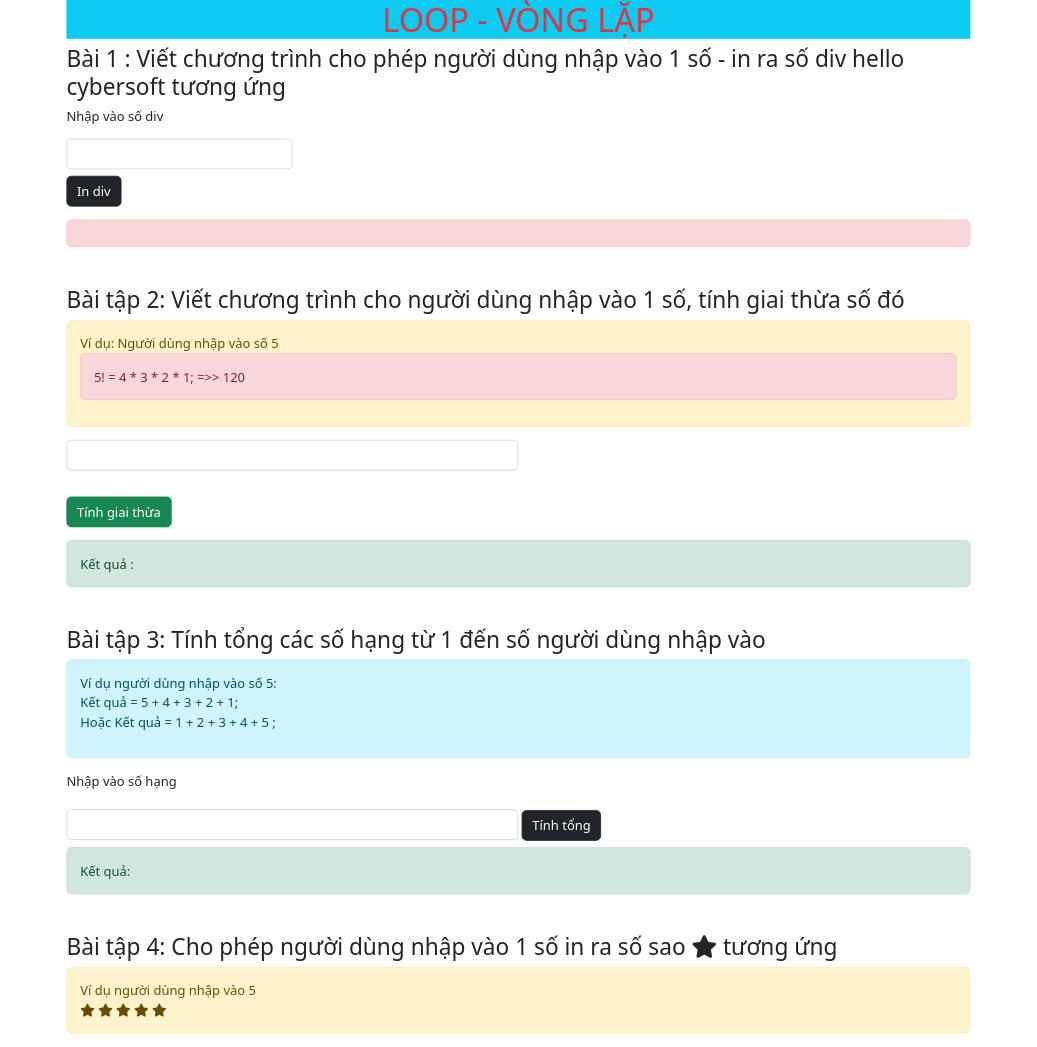
Repository: hcozyph/cyberSoft_JS_fulldocs
Page: JS_6_LOOP/index.html
The author's editor kept a copy of each file at every save. The page is drawn from the files as they stood at one save, then again after the next save.
The browser window is 1280 px wide. The pictures show the whole page, at 81% of full size.

Above is the page before, as saved 2023-02-08 21:11:29.

### JS_6_LOOP/index.html
<!DOCTYPE html>
<html lang="en">
    <head>
        <title>JS_6_LOOP</title>
        <!-- Required meta tags -->
        <meta charset="utf-8" />
        <meta
            name="viewport"
            content="width=device-width, initial-scale=1, shrink-to-fit=no"
        />

        <!-- Bootstrap CSS v5.2.1 -->
        <link
            href="https://cdn.jsdelivr.net/npm/bootstrap@5.2.1/dist/css/bootstrap.min.css"
            rel="stylesheet"
            integrity="sha384-iYQeCzEYFbKjA/T2uDLTpkwGzCiq6soy8tYaI1GyVh/UjpbCx/TYkiZhlZB6+fzT"
            crossorigin="anonymous"
        />

        <!-- FontAwesome 6.2.0 CSS -->
        <link
            rel="stylesheet"
            href="https://cdnjs.cloudflare.com/ajax/libs/font-awesome/6.2.0/css/all.min.css"
            integrity="sha512-xh6O/CkQoPOWDdYTDqeRdPCVd1SpvCA9XXcUnZS2FmJNp1coAFzvtCN9BmamE+4aHK8yyUHUSCcJHgXloTyT2A=="
            crossorigin="anonymous"
            referrerpolicy="no-referrer"
        />
    </head>

    <body style="margin: 0 auto; padding: 0">
        <div class="container">
            <h1 class="text-danger text-center bg-info" style="margin: 0 auto">
                LOOP - VÒNG LẶP
            </h1>

            <!-- BT1: Bài tập in ra số div tương ứng -->
            <h3 class="my-2">
                Bài 1 : Viết chương trình cho phép người dùng nhập vào 1 số - in
                ra số div hello cybersoft tương ứng
            </h3>

            <div class="form-group">
                <p>Nhập vào số div</p>
                <input
                    type="text"
                    name=""
                    class="form-control w-25"
                    id="so-div"
                />

                <button class="btn btn-dark my-2" id="btn-in-div">
                    In div
                </button>
            </div>

            <div class="alert alert-danger mt-2 mb-5" id="ket-qua-bai-1"></div>

            <!-- BT2: Tính giai thừa -->
            <h3>
                Bài tập 2: Viết chương trình cho người dùng nhập vào 1 số, tính
                giai thừa số đó
            </h3>

            <div class="alert alert-warning">
                Ví dụ: Người dùng nhập vào số 5
                <p class="alert alert-danger">5! = 4 * 3 * 2 * 1; =>> 120</p>
            </div>

            <div class="form-group">
                <input
                    type="text"
                    id="so-giai-thua"
                    class="form-control w-50"
                />
                <br />
                <button class="my-2 btn btn-success" id="btn-tinh-giai-thua">
                    Tính giai thừa
                </button>
            </div>

            <p class="alert alert-success my-2">
                Kết quả : <span id="ket-qua-bai-2"></span>
            </p>

            <!-- BT3: Tính tổng các số hạng -->
            <h3 class="mt-5">
                Bài tập 3: Tính tổng các số hạng từ 1 đến số người dùng nhập vào
            </h3>

            <div class="alert alert-info">
                Ví dụ người dùng nhập vào số 5:
                <p>
                    Kết quả = 5 + 4 + 3 + 2 + 1;
                    <br />
                    Hoặc Kết quả = 1 + 2 + 3 + 4 + 5 ;
                </p>
            </div>

            <div class="form-group">
                <p>Nhập vào số hạng</p>
                <input
                    type="text"
                    class="form-control w-50 d-inline-block"
                    id="soHang"
                />
                <button class="my-2 btn btn-dark" id="btnTinhTong">
                    Tính tổng
                </button>
            </div>

            <div class="alert alert-success">
                Kết quả: <span id="ket-qua-bai-3"></span>
            </div>

            <!-- BT 4: IN RA SỐ SAO -->
            <h3 class="mt-5">
                Bài tập 4: Cho phép người dùng nhập vào 1 số in ra số sao
                <i class="fa fa-star"></i> tương ứng
            </h3>

            <div class="alert alert-warning">
                Ví dụ người dùng nhập vào 5
                <br />
                <i class="fa fa-star"></i>
                <i class="fa fa-star"></i>
                <i class="fa fa-star"></i>
                <i class="fa fa-star"></i>
                <i class="fa fa-star"></i>
            </div>
        </div>

        <!-- Bootstrap JavaScript Libraries -->
        <script
            src="https://cdn.jsdelivr.net/npm/@popperjs/core@2.11.6/dist/umd/popper.min.js"
            integrity="sha384-oBqDVmMz9ATKxIep9tiCxS/Z9fNfEXiDAYTujMAeBAsjFuCZSmKbSSUnQlmh/jp3"
            crossorigin="anonymous"
        ></script>

        <script
            src="https://cdn.jsdelivr.net/npm/bootstrap@5.2.1/dist/js/bootstrap.min.js"
            integrity="sha384-7VPbUDkoPSGFnVtYi0QogXtr74QeVeeIs99Qfg5YCF+TidwNdjvaKZX19NZ/e6oz"
            crossorigin="anonymous"
        ></script>

        <script src="./JS_6/index.js"></script>
    </body>
</html>

### JS_6_LOOP/JS_6/index.js
console.log('lần1');
console.log('lần2');
console.log('lần3');
console.log('lần4');

/*
    Cấu trúc vòng lặp: Dùng để thực hiện 1 hành động được lặp đi lặp lại nhiều lần.

    //CÁC BƯỚC CẤU THÀNH VÒNG LẶP
    B1: Xác định điều kiện thay đổi trong biểu thức lặp (có 1 biến nào đó gọi là biến điều kiện)

    B2: Dựa vào biến thay đổi để thực hiện điều kiện lặp

    B3: Cài đặt xử lý trong mỗi lần lặp

    B4: Thay đổi giá trị của biến điều kiện để đến 1 lúc nào đó nó sẽ dừng

*/

////

//Bước 1: Xác định điều kiện lặp
var soLan = 0;

//Bước 2: Điều kiện lặp
while (soLan <= 5) {
    //Bước 3: xử lý
    console.log('hello CyberSoft ! lần' + soLan);

    //Bước 4: thay đổi điều kiện sau mỗi lần lặp để DỪNG
    soLan += 1;
};

////////////////////////////////////////////////////////

//BÀI 1: Bài tập in ra số div tương ứng

document.getElementById('btn-in-div').onclick = function () {

    //input: số lượng div
    var soLuongDiv = Number(document.getElementById('so-div').value);

    //output:
    var htmlOutput = '';

    //process:

    //B1: xác định điều kiện thay đổi - khai báo biến điều kiện
    var soLan = 1;

    //B2: Điều kiện lặp
    while (soLan <= soLuongDiv) {

        //B3: Xử lý mỗi lần lặp
        htmlOutput = htmlOutput + '<div>Helu</div>';

        //B4: Thay đổi điều kiện để stop loop
        soLan += 1;
    }

    //////////////////Nhớ đặt trong function//////////////
    //In output ra giao điện
    document.getElementById('ket-qua-bai-1').innerHTML = htmlOutput;
}

//BÀI 2: Tính giai thừa

document.getElementById('btn-tinh-giai-thua').onclick = function () {
    //input
    var soGiaiThua = Number(document.getElementById('so-giai-thua').value);

    //output
    var ketQua = 1;

    //process

    var soHang = 1;  //B1: khai báo biến điều kiện

    // B2: Điều kiện lặp
    while ( soHang <= soGiaiThua) {

        //B3: Xử lý
        ketQua *= soHang

        //B4: Thay đổi giá trị điều kiện
        soHang += 1; //soHang++
    }

    //In kết quả ra giao diện
    document.getElementById('ket-qua-bai-2').innerHTML = ketQua;

}

//BT3: Tính tổng các số hạng

document.getElementById('btnTinhTong').onclick = function () {
    //input
    var giaTriNhap = Number(document.getElementById('soHang').value);

    //output
    var ketQua = 0;

    //process

    //B1: khai báo biến điều kiện
    var soHang = 1;

    while (soHang <= giaTriNhap) {
        ketQua += soHang;
        soHang ++ ;
    }

    document.getElementById('ket-qua-bai-3').innerHTML = ketQua;

}

After the next save:
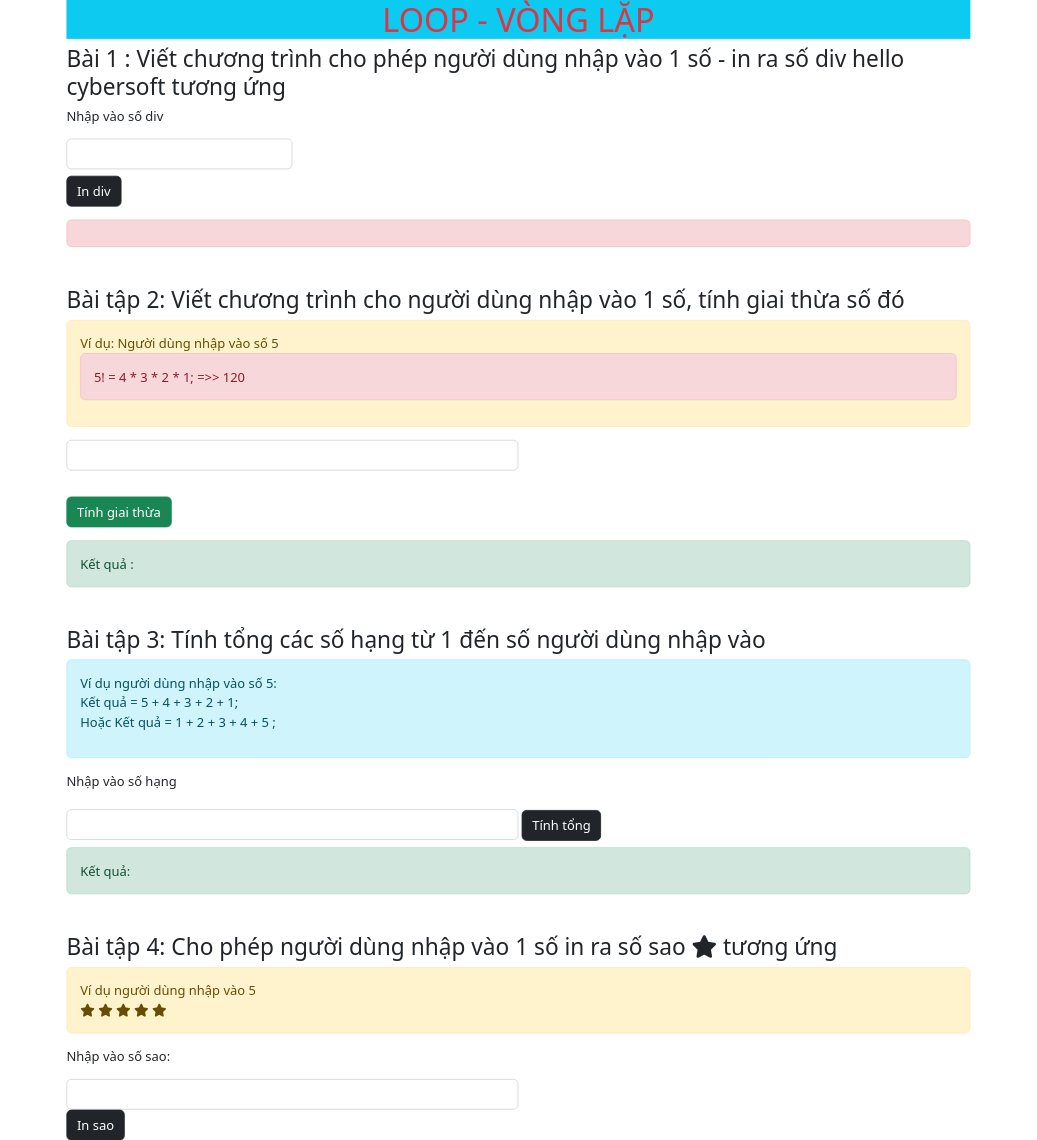
Saved 85 s later.
--- a/JS_6_LOOP/index.html
+++ b/JS_6_LOOP/index.html
@@ -127,6 +127,15 @@
                 <i class="fa fa-star"></i>
                 <i class="fa fa-star"></i>
             </div>
+
+            <div class="form-group">
+                <p>Nhập vào số sao:</p>
+                <input type="text" class="form-control w-50" id="soSao" />
+
+                <button class="btn btn-dark" id="btn btn-success">
+                    In sao
+                </button>
+            </div>
         </div>
 
         <!-- Bootstrap JavaScript Libraries -->
